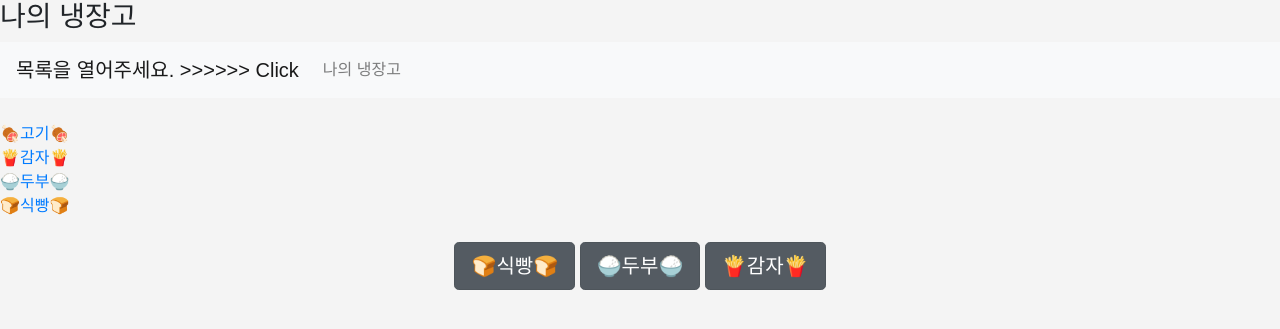
Repository: yousunning/coldzzang-miniproject
Page: http://localhost/cold/WEB-INF/views/myRefrigerator.jsp
An editor plug-in stored every save of this project. The page is shown before and after the next save, followed by the edit.
The browser window is 1280 px wide. The pictures show the whole page.
The page is served by Tomcat 9. Nobody is signed in. The template is opened directly, without the code that normally fills it, so the values that code supplies are empty.

Above is the page before, as saved 2024-01-23 08:45:35.

After the next save:
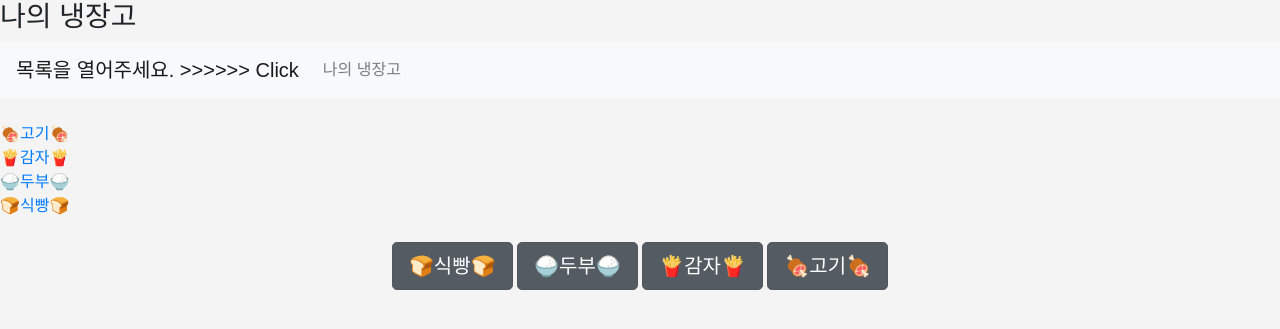
Saved 9 s later.
--- a/cold/src/main/webapp/WEB-INF/views/myRefrigerator.jsp
+++ b/cold/src/main/webapp/WEB-INF/views/myRefrigerator.jsp
@@ -58,6 +58,7 @@
     <a href="/food/List/homepage" class="btn btn-secondary btn-lg active" role="button" aria-pressed="true">🍞식빵🍞</a>
     <a href="/food/List/recipe" class="btn btn-secondary btn-lg active" role="button" aria-pressed="true">🍚두부🍚</a>
     <a href="/food/List/login" class="btn btn-secondary btn-lg active" role="button" aria-pressed="true">🍟감자🍟</a>
+    <a href="/food/List/login" class="btn btn-secondary btn-lg active" role="button" aria-pressed="true">🍖고기🍖</a>
 </div>
     <!-- jQuery, Popper.js, Bootstrap JS -->
     <script src="https://code.jquery.com/jquery-3.3.1.slim.min.js"></script>
